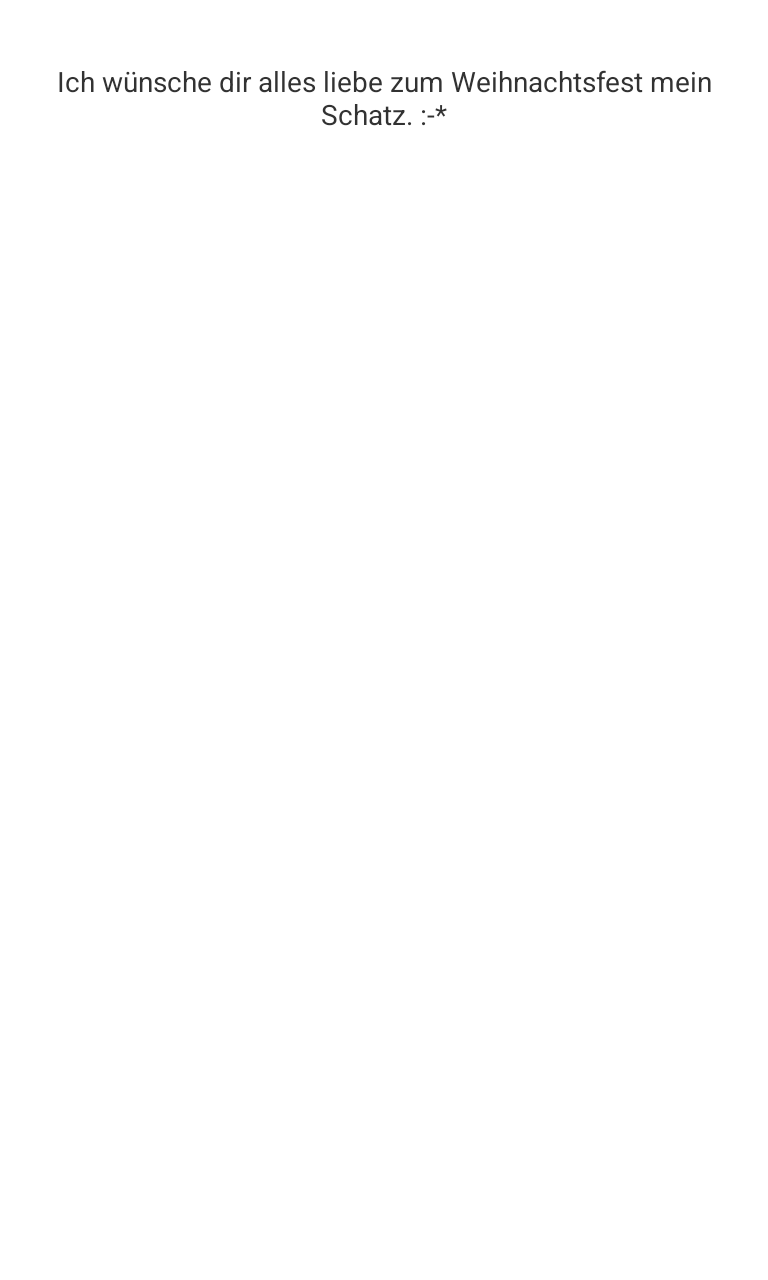
Repository: flashback2k12/ChristmasPresent
Layout: ChristmasPresent/res/layout/activity_main.xml
An editor plug-in stored every save of this project. The layout is shown before and after the next save, followed by the edit.
It is drawn on a 768 x 1280 px phone screen (xhdpi) without system bars, with theme AppTheme; the app's code is not run.

Above is the layout before, as saved 2012-12-13 18:02:25.

### ChristmasPresent/res/layout/activity_main.xml
<RelativeLayout xmlns:android="http://schemas.android.com/apk/res/android"
    xmlns:tools="http://schemas.android.com/tools"
    android:layout_width="match_parent"
    android:layout_height="match_parent" >

    <TextView
        android:layout_width="wrap_content"
        android:layout_height="wrap_content"
        android:layout_alignParentLeft="true"
        android:layout_alignParentTop="true"
        android:layout_marginTop="23dp"
        android:gravity="center"
        android:padding="@dimen/padding_medium"
        android:text="@string/hello_schatz_z1"
        tools:context=".MainActivity" />

</RelativeLayout>

### ChristmasPresent/res/values/strings.xml
<?xml version="1.0" encoding="utf-8"?>
<resources>

    <string name="app_name">Weihnachtsgeschenk</string>
    <string name="hello_schatz_z1">Ich wünsche dir alles liebe zum Weihnachtsfest mein Schatz. :-* </string>
    <string name="hello_schatz_z2">Ich hoffe, dass dir die nächsten Punkte gefallen werden!!! :-)</string><string name="menu_settings">Menü</string>
    <string name="title_activity_main">Weihnachtsgeschenk</string>


</resources>

Loaded but not shown: ChristmasPresent/res/values-v11/styles.xml (common file); ChristmasPresent/res/values-v14/styles.xml (common file); ChristmasPresent/res/values/styles.xml (common file); ChristmasPresent/res/values/dimens.xml (common file)

After the next save:
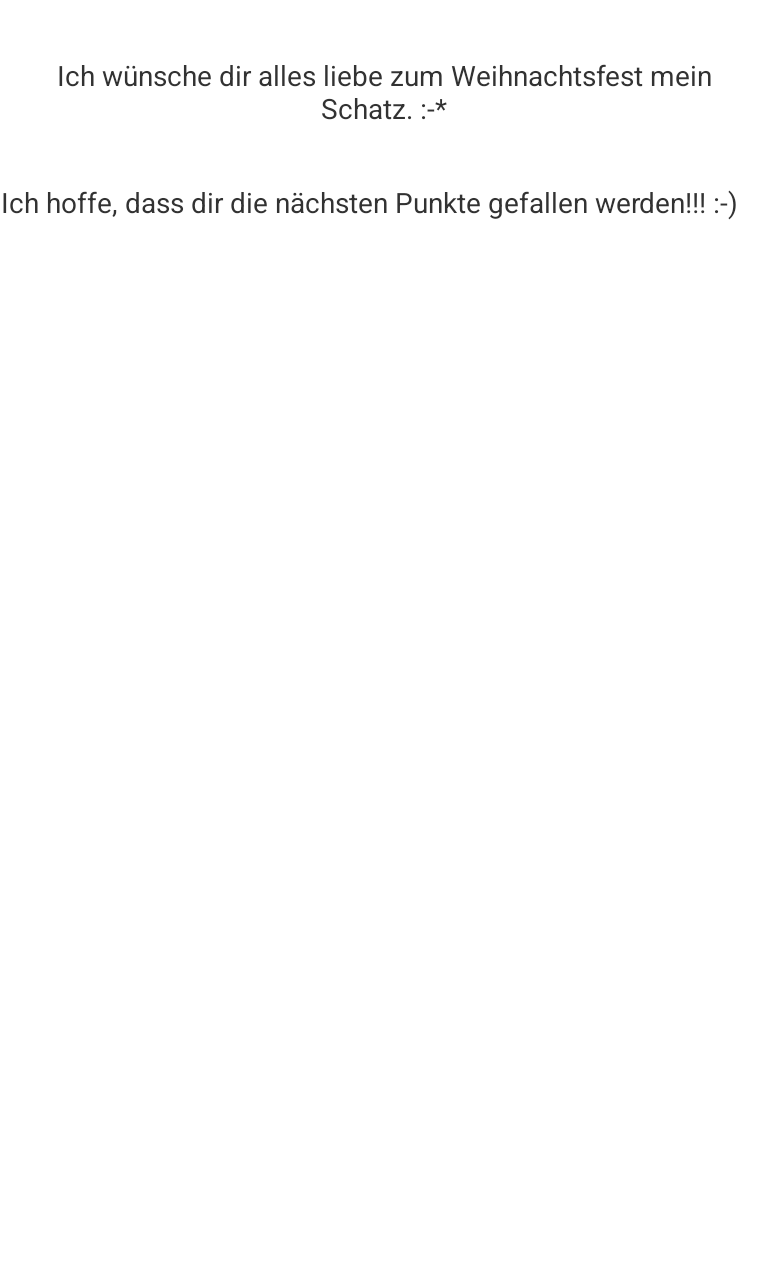
Saved 8 min 55 s later.
--- a/ChristmasPresent/res/layout/activity_main.xml
+++ b/ChristmasPresent/res/layout/activity_main.xml
@@ -4,14 +4,25 @@
     android:layout_height="match_parent" >
 
     <TextView
+        android:id="@+id/textView2"
         android:layout_width="wrap_content"
         android:layout_height="wrap_content"
         android:layout_alignParentLeft="true"
         android:layout_alignParentTop="true"
-        android:layout_marginTop="23dp"
+        android:layout_marginTop="20dp"
         android:gravity="center"
         android:padding="@dimen/padding_medium"
         android:text="@string/hello_schatz_z1"
         tools:context=".MainActivity" />
 
+    <TextView
+        android:id="@+id/textView1"
+        android:layout_width="wrap_content"
+        android:layout_height="wrap_content"
+        android:layout_alignParentLeft="true"
+        android:layout_below="@+id/textView2"
+        android:layout_marginTop="20dp"
+        android:gravity="center"
+        android:text="@string/hello_schatz_z2" />
+
 </RelativeLayout>
